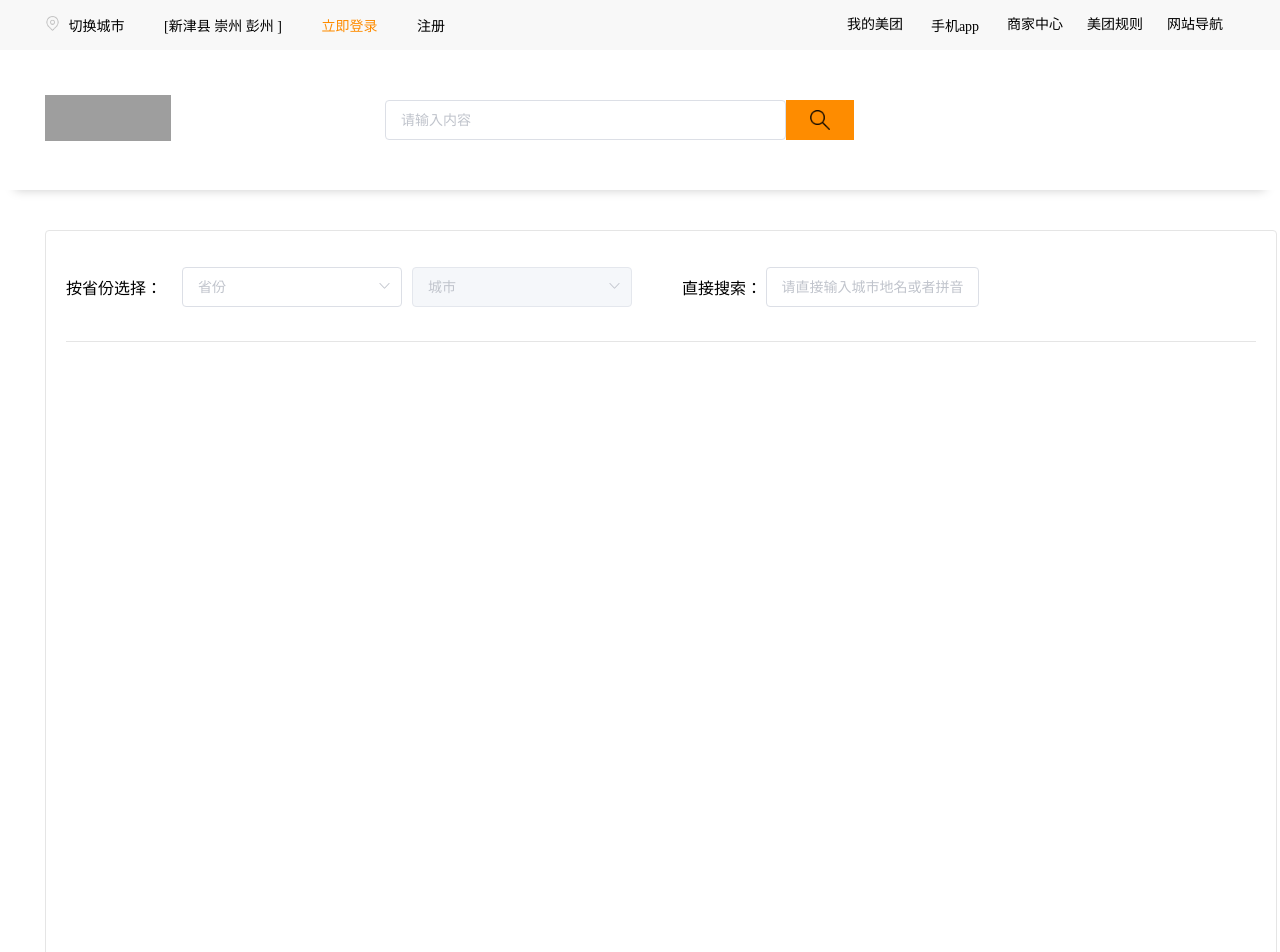
Repository: jinggegeZ/-
Page: /city
These files come from the project's save history. The page is drawn as it stood at one moment and after the next save; the edit follows.
The browser window is 1280 px wide. The pictures show the part of the page from y = 0 to 952 px (the page is 1272 px tall).
Pictures or frames that could not be fetched are drawn as grey boxes. The page's requests for data from a server got no answer. The project was rebuilt for these pictures with package versions that can differ from the ones it lists, and the page was loaded fresh each time. No one was signed in, and anything a server would have sent is missing. Also part of the build but not shown: vue.config.js, src/components/Navigation/Navigation.vue, src/components/navbox/navbox.vue, src/components/Sty/Sty.vue, src/views/Home.vue.

Above is the page before, as saved 2020-08-21 16:28:06.

After the next save:
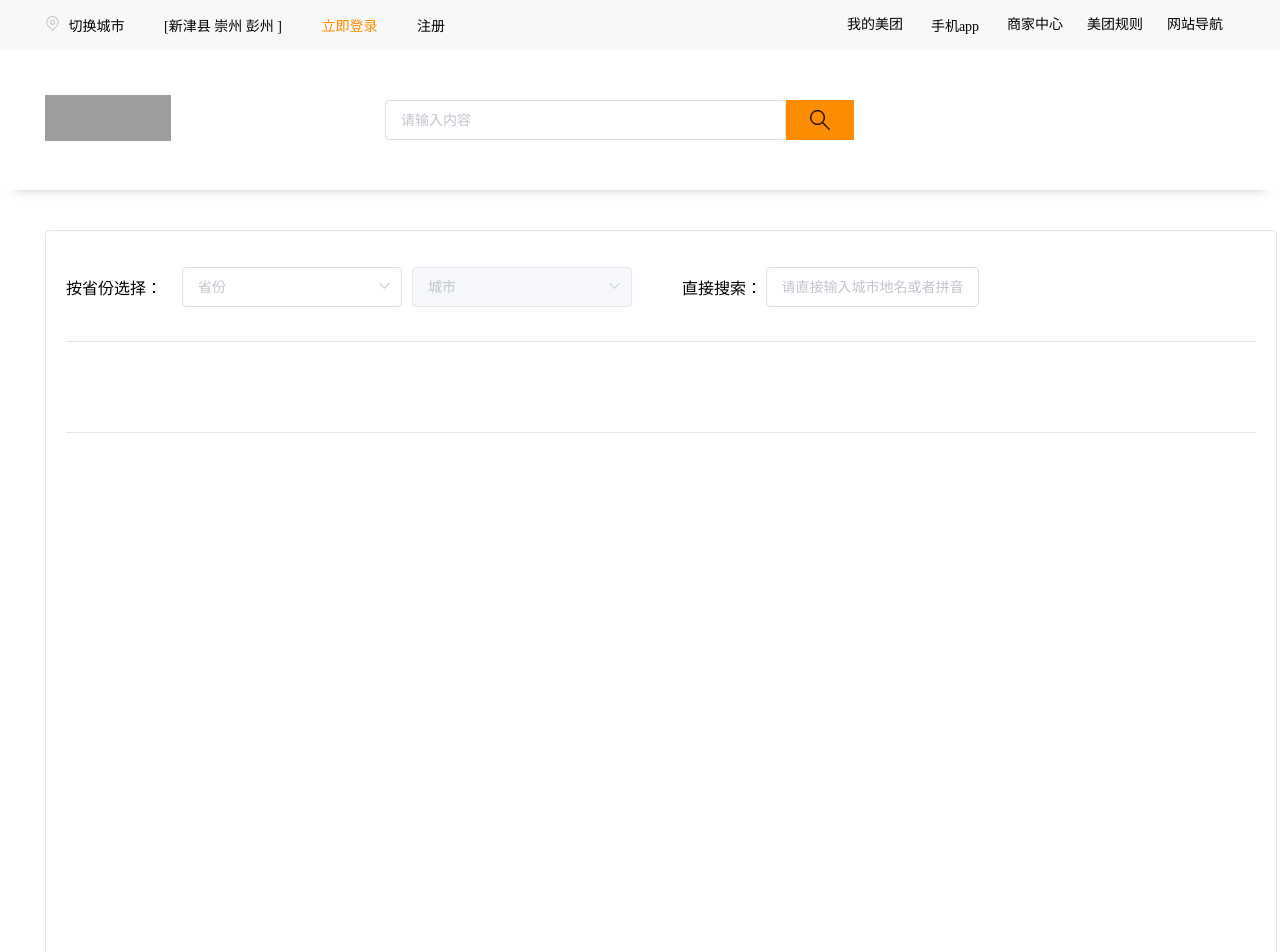
Saved 64 s later.
--- a/src/style/style.css
+++ b/src/style/style.css
@@ -787,3 +787,12 @@
 .el-input {
     width: 100% !important;
 }
+/* 热门城市选择 */
+.hotcitychose {
+    width: 100%;
+    height: 71px;
+    display: flex;
+    align-items: center;
+    padding: 0px 0px 19px;
+    border-bottom: 1px solid #E5E5E5;
+}
